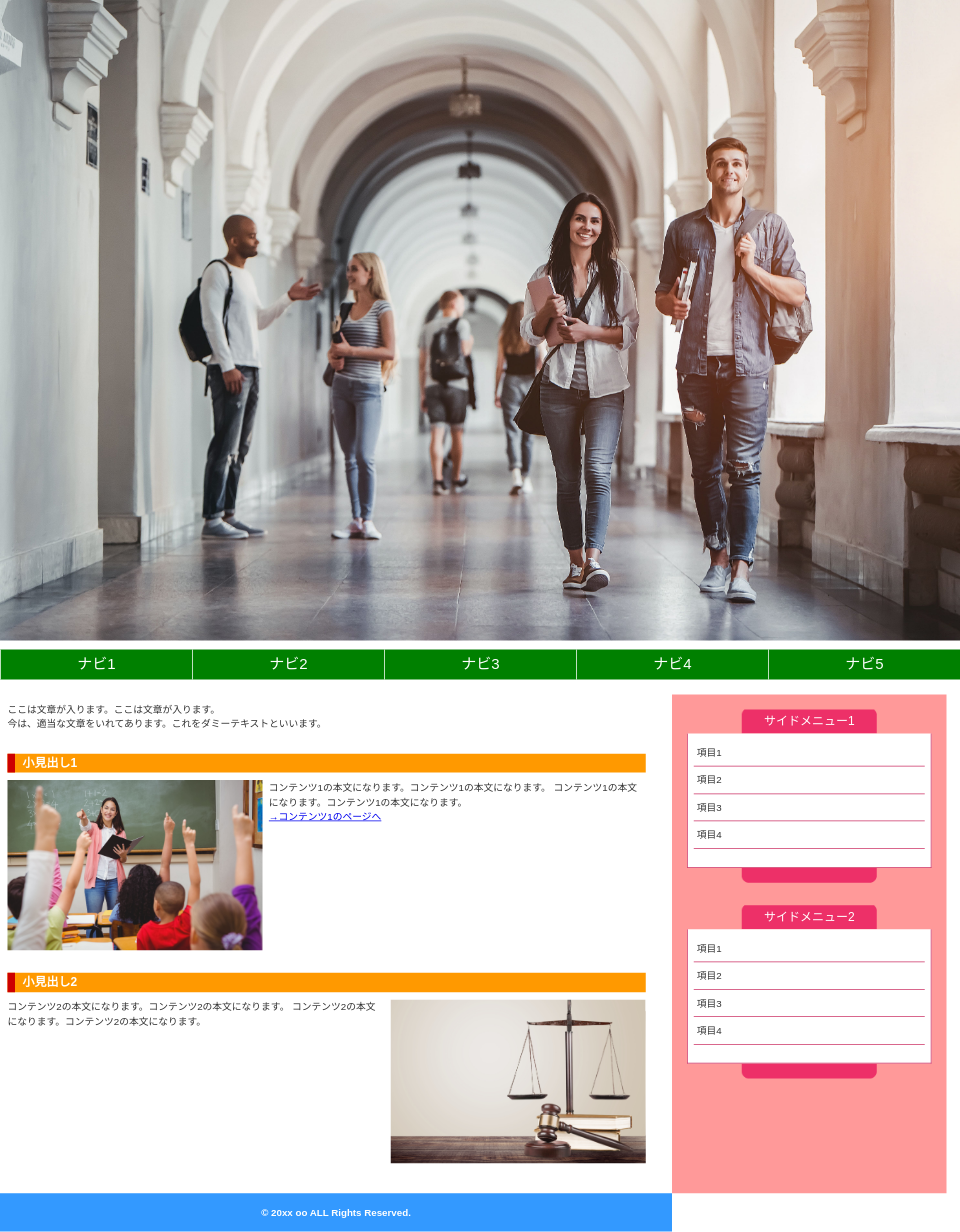
Repository: kozue-terao/samurai_HTML-CSS
Page: home.html
The author's editor kept a record of every edit. The page is drawn from the files as they stood at one moment, then again after the next edit.
The browser window is 1280 px wide. The pictures show the whole page, at 75% of full size.

Above is the page before.

After the next edit:
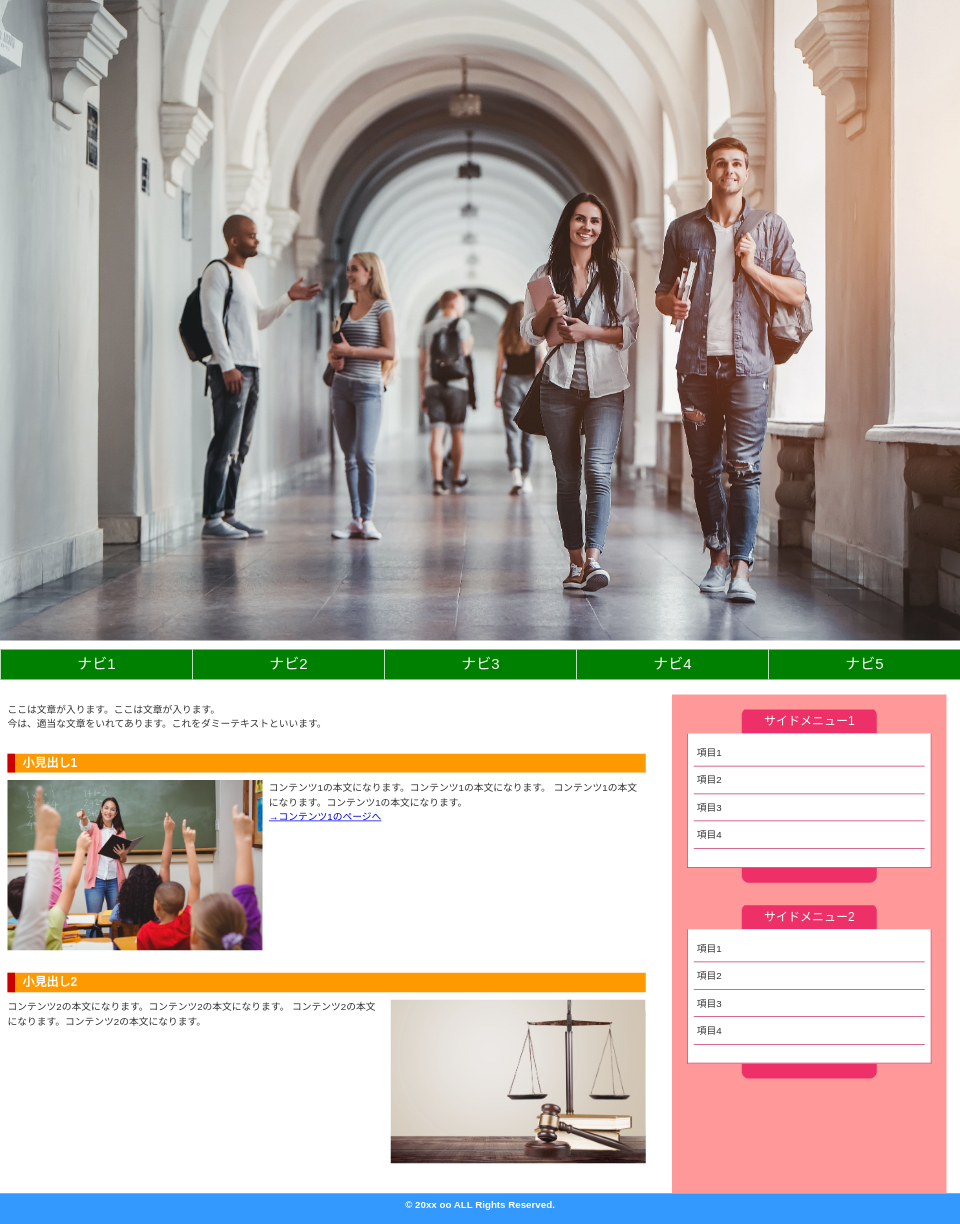
The edit:
--- a/home.html
+++ b/home.html
@@ -51,25 +51,25 @@
                                <li>項目2</li>
                                <li>項目3</li>
                                <li>項目4</li>
-                           </ul>
-                       </div>
-                   </div>
-               <div class="box">
-                   <h2>サイドメニュー2</h2>
-                   <div class="boxBody">
-                       <ul>
-                           <li>項目1</li>
-                           <li>項目2</li>
-                           <li>項目3</li>
-                           <li>項目4</li>
-                       </ul>
-                   </div>
+                            </ul>
+                        </div>
+                    </div>
+                    <div class="box">
+                        <h2>サイドメニュー2</h2>
+                        <div class="boxBody">
+                            <ul>
+                               <li>項目1</li>
+                               <li>項目2</li>
+                               <li>項目3</li>
+                               <li>項目4</li>
+                            </ul>
+                        </div>
+                    </div>
                 </div>
-               <div>
-             </div>
-         </div>
-         <div id="footer">
-         <p>&copy; 20xx oo ALL Rights Reserved.</p>
-     </div>
-    </body>
+            </div>
+        </div>
+        <div id="footer">
+            <p>&copy; 20xx oo ALL Rights Reserved.</p>
+        </div>
+   </body>
 </html>
